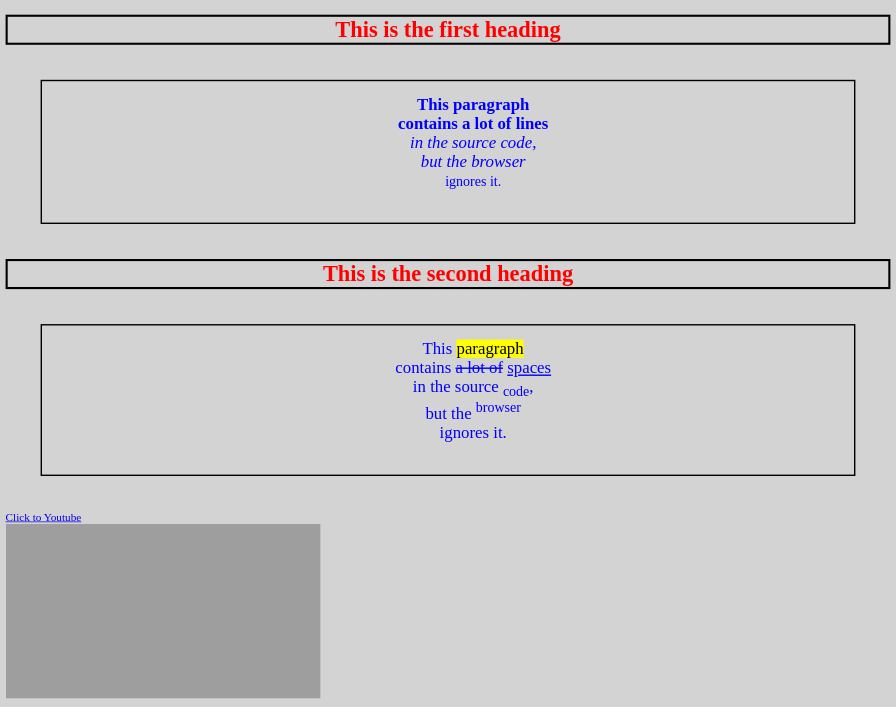
Repository: zRush1202/LoginPage-demo
Page: ex_html/index.html
An editor plug-in stored every save of this project. The page is shown before and after the next save, followed by the edit.
The browser window is 1280 px wide. The pictures show the part of the page from y = 0 to 1920 px (the page is 1010 px tall before and 2810 px after), at 70% of full size.
Pictures or frames that could not be fetched are drawn as grey boxes.

Above is the page before, as saved 2023-09-06 17:45:14.

### ex_html/index.html
<!DOCTYPE html>
<html lang="en">
<head>
    <meta charset="UTF-8">
    <meta name="viewport" content="width=device-width, initial-scale=1.0">
    <title>Learning HTML</title>
    <link rel="stylesheet" href="style.css">
</head>
<body>
    <h1>This is the first heading</h1>
        <pre title="I'm a tooltip">
            <b>This paragraph</b>
            <strong>contains a lot of lines</strong>
            <i>in the source code,</i>
            <em>but the browser</em>
            <small>ignores it.</small>
        </pre>
    <h2>This is the second heading</h2>
        <pre>
            This <mark>paragraph</mark>
            contains <del>a lot of</del> <ins>spaces</ins>
            in the source <sub>code</sub>,
            but the <sup>browser</sup>
            ignores it.
        </pre>
        <!--
        <p>Here is the quote from youtube website:</p>
        <blockquote cite="https://www.youtube.com/">
            Lorem ipsum dolor sit amet consectetur adipisicing elit.
            Deleniti alias tempora labore laudantium veritatis enim beatae
            voluptatibus ipsum sit qui maiores dicta repudiandae libero eaque
            pariatur perspiciatis, distinctio cupiditate magni.
        </blockquote>
        <p>Youtube's goal is to: <q>Watch video!</q></p>
        <p>The <abbr title="World Health Organization">WHO</abbr> was founded in 1948.</p>
        <address>
            Written by John Doe.<br>
            Visit us at:<br>
            Example.com<br>
            Box 564, Disneyland<br>
            USA
        </address>
        <p><cite>The Scream</cite> by Edvard Munch. Painted in 1893.</p>
        <bdo dir="rtl">This text will be written from right to left</bdo>
        -->
        <a href="https://www.youtube.com/"> Click to Youtube</a>
        <br>
        <img src="https://inkythuatso.com/uploads/images/2021/10/youtube-logo-inkythuatso-01-27-14-06-56.jpg" alt="Yae Miko" width="450" height="250">
        <br>

</body>
</html>

<!-- <!DOCTYPE html>
<html>
    <head>
        <title>
            Page Title!
        </title>
    </head>
    <body>
        <h1>First heading</h1>
        <p>First paragraph</p>
    </body>
</html> -->

### ex_html/style.css
body {
    background-color: lightgray;
  }
  h1 {
    color: red;
    border: 3px solid black;
    text-align: center;
    font-size: 200%;
    font-family:'Times New Roman', Times, serif;
  }
  h2 {
    color: red;
    border: 3px solid black;
    text-align: center;
    font-size: 200%;
    font-family:'Times New Roman', Times, serif;
  }
  p {
    color: blue;
    text-align: center;
    font-size: 150%;
    font-family: 'Times New Roman', Times, serif;
  }

  pre {
    color: blue;
    border: 2px solid black;
    padding: 20px;
    margin: 50px;
    text-align: center;
    font-size: 150%;
    font-family: 'Times New Roman', Times, serif;
  }

After the next save:
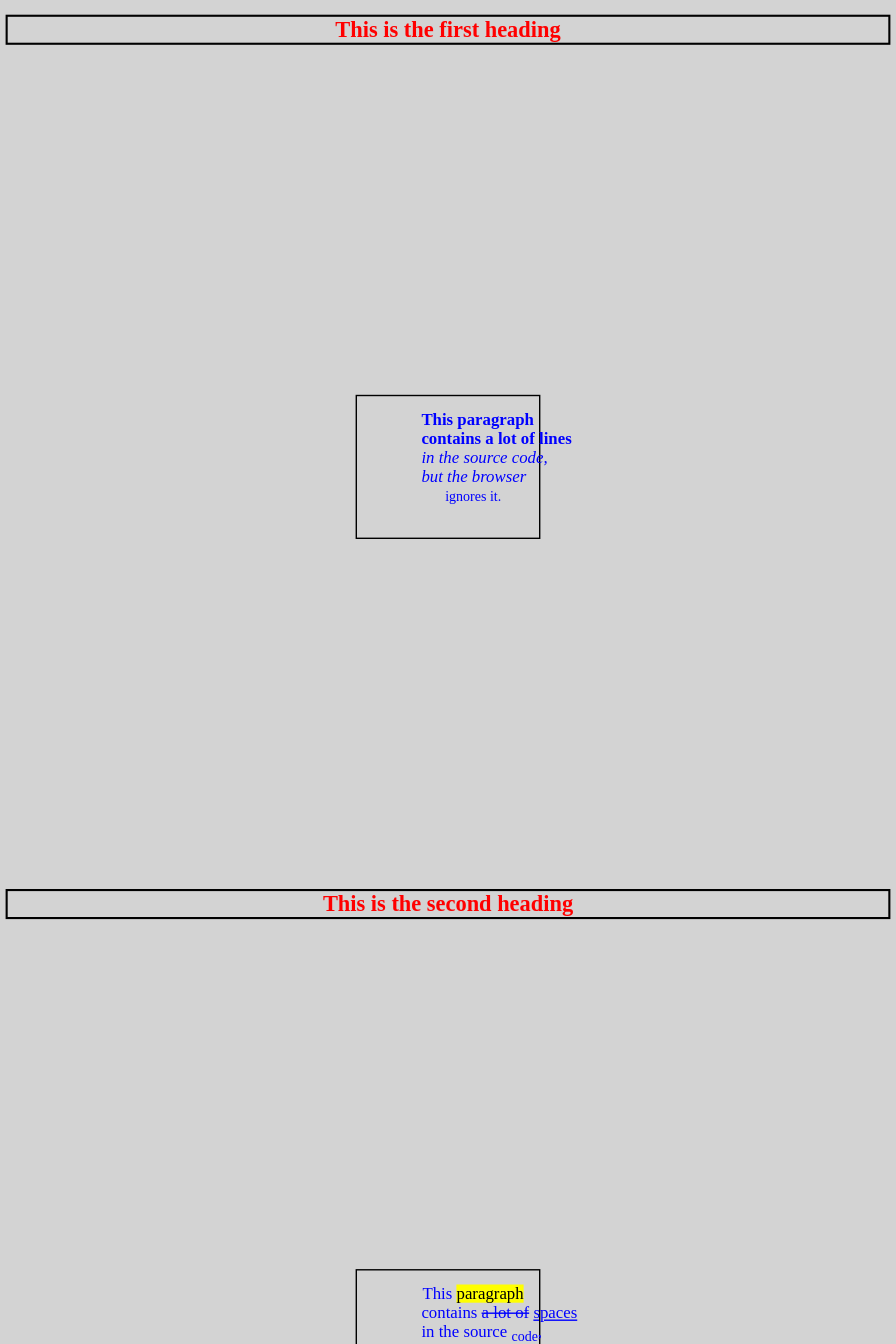
Saved 9 s later.
--- a/ex_html/style.css
+++ b/ex_html/style.css
@@ -26,7 +26,7 @@ body {
     color: blue;
     border: 2px solid black;
     padding: 20px;
-    margin: 50px;
+    margin: 500px;
     text-align: center;
     font-size: 150%;
     font-family: 'Times New Roman', Times, serif;
